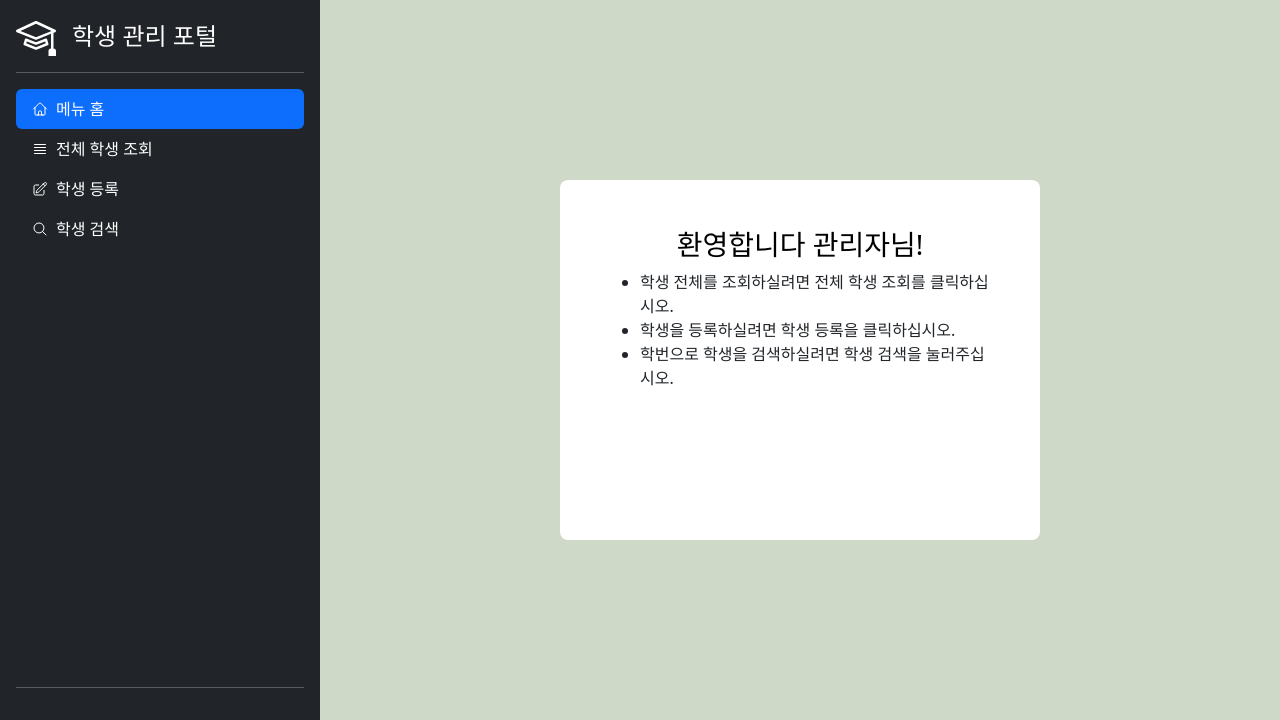
Repository: invisibleufo101/StudentManagementWeb
Page: HSW_Web/src/main/webapp/index.html
An editor plug-in stored every save of this project. The page is shown before and after the next save, followed by the edit.
The browser window is 1280 px wide. The pictures show the whole page.

Above is the page before, as saved 2024-09-19 11:35:30.

### HSW_Web/src/main/webapp/index.html
<!DOCTYPE html>
<html>
<head>
	<meta charset="UTF-8">
	<meta name="viewport" content="width=device-width, initial-scale=1">
	<link rel="stylesheet" href="css/bootstrap.min.css" />
	<script defer src="js/bootstrap.bundle.min.js"></script>
	<link rel="icon" href="images/portal_icon.svg"/>
	<title>학생 관리 포털</title>
</head>
<body>
	<main class="d-flex flex-nowrap vh-100">
		<!-- Start of Navbar -->
		<nav class="d-flex flex-lg-column flex-md-column flex-row flex-shrink-0 p-3 text-bg-dark" style="width: 25vw;">
			<a href="/" class="d-flex justify-content-around align-items-center mb-3 mb-md-0 me-md-auto text-white text-decoration-none">
				<svg xmlns="http://www.w3.org/2000/svg" width="40" height="40" fill="currentColor" class="bi bi-mortarboard" viewBox="0 0 16 16">
				 	<path d="M8.211 2.047a.5.5 0 0 0-.422 0l-7.5 3.5a.5.5 0 0 0 .025.917l7.5 3a.5.5 0 0 0 .372 0L14 7.14V13a1 1 0 0 0-1 1v2h3v-2a1 1 0 0 0-1-1V6.739l.686-.275a.5.5 0 0 0 .025-.917zM8 8.46 1.758 5.965 8 3.052l6.242 2.913z"/>
				 	<path d="M4.176 9.032a.5.5 0 0 0-.656.327l-.5 1.7a.5.5 0 0 0 .294.605l4.5 1.8a.5.5 0 0 0 .372 0l4.5-1.8a.5.5 0 0 0 .294-.605l-.5-1.7a.5.5 0 0 0-.656-.327L8 10.466zm-.068 1.873.22-.748 3.496 1.311a.5.5 0 0 0 .352 0l3.496-1.311.22.748L8 12.46z"/>
				</svg>
				<span class="ms-3" style="font-size: 1.5rem;">학생 관리 포털</span>
			</a>
			<hr/>
			<ul class="nav nav-pills flex-column mb-auto">
				<li class="nav-item">
					<a href="#" class="nav-link active">
						<div class="d-flex align-items-center">
							<svg class="bi me-2" xmlns="http://www.w3.org/2000/svg" fill="none" viewBox="0 0 24 24" stroke-width="1.5" stroke="currentColor" width="16" height="16">
								<path stroke-linecap="round" stroke-linejoin="round" d="m2.25 12 8.954-8.955c.44-.439 1.152-.439 1.591 0L21.75 12M4.5 9.75v10.125c0 .621.504 1.125 1.125 1.125H9.75v-4.875c0-.621.504-1.125 1.125-1.125h2.25c.621 0 1.125.504 1.125 1.125V21h4.125c.621 0 1.125-.504 1.125-1.125V9.75M8.25 21h8.25" />
							</svg>
							<p class="m-0">메뉴 홈</p>
						</div>
					</a>
				</li>
				<li>
					<a href="#" class="nav-link text-white">
						<div class="d-flex align-items-center">
							<svg class="bi me-2" xmlns="http://www.w3.org/2000/svg" fill="none" viewBox="0 0 24 24" stroke-width="1.5" stroke="currentColor" width="16" height="16">
								<path stroke-linecap="round" stroke-linejoin="round" d="M3.75 5.25h16.5m-16.5 4.5h16.5m-16.5 4.5h16.5m-16.5 4.5h16.5" />
							</svg>
							<p class="m-0">전체 학생 조회</p>
						</div>
					</a>
				</li>
				<li>
					<a href="#" class="nav-link text-white">
						<div class="d-flex align-items-center">
							<svg class="bi me-2" xmlns="http://www.w3.org/2000/svg" fill="none" viewBox="0 0 24 24" stroke-width="1.5" stroke="currentColor" width="16" height="16">
								<path stroke-linecap="round" stroke-linejoin="round" d="m16.862 4.487 1.687-1.688a1.875 1.875 0 1 1 2.652 2.652L10.582 16.07a4.5 4.5 0 0 1-1.897 1.13L6 18l.8-2.685a4.5 4.5 0 0 1 1.13-1.897l8.932-8.931Zm0 0L19.5 7.125M18 14v4.75A2.25 2.25 0 0 1 15.75 21H5.25A2.25 2.25 0 0 1 3 18.75V8.25A2.25 2.25 0 0 1 5.25 6H10" />
							</svg>
							<p class="m-0">학생 등록</p>
						</div>
					</a>
				</li>
				<li>
					<a href="#" class="nav-link text-white">
					<div class="d-flex align-items-center">
						<svg class="bi me-2" xmlns="http://www.w3.org/2000/svg" fill="none" viewBox="0 0 24 24" stroke-width="1.5" stroke="currentColor" width="16" height="16">
							<path stroke-linecap="round" stroke-linejoin="round" d="m21 21-5.197-5.197m0 0A7.5 7.5 0 1 0 5.196 5.196a7.5 7.5 0 0 0 10.607 10.607Z" />
						</svg>
						<p class="m-0">학생 검색</p>
					</div>
					</a>
				</li>
			</ul>
			<hr/>
		</nav>
		<!-- End of Navbar -->
		<section class="d-flex justify-content-center align-items-center" style="width: 75vw; height: auto; background-color: #ced9c7;">
			<div class="d-flex flex-column align-items-center h-50 w-50 bg-white rounded-3 p-5">
				<h3 class="text-black">환영합니다 관리자님!</h3>
				<ul class="text-decroation-none">
					<li>
						학생 전체를 조회하실려면 전체 학생 조회를 클릭하십시오.
					</li>

					<li>
						학생을 등록하실려면 학생 등록을 클릭하십시오.
					</li>

					<li>
						학번으로 학생을 검색하실려면 학생 검색을 눌러주십시오.
					</li>

				</ul>
			</div>
		</section>
	</main>
</body>
</html>

Loaded but not shown: HSW_Web/src/main/webapp/css/bootstrap.min.css (library); HSW_Web/src/main/webapp/js/bootstrap.bundle.min.js (no copy from this time; the picture is the same without it)

After the next save:
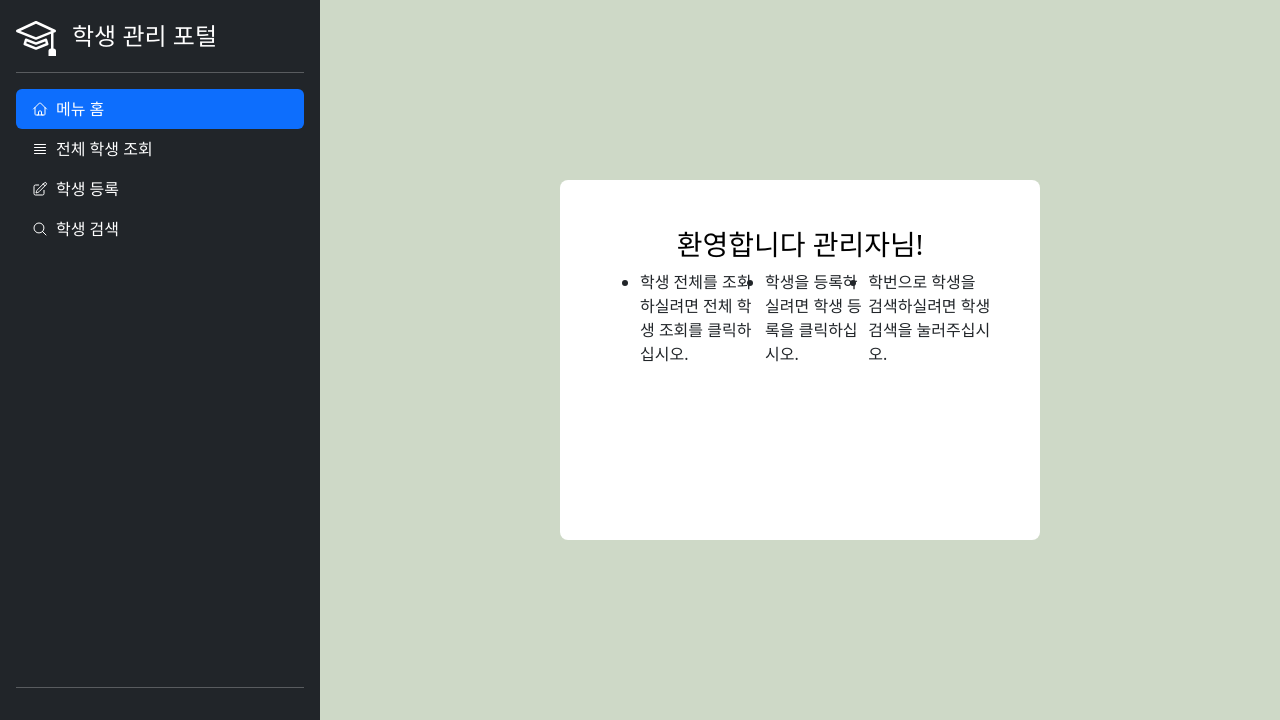
Saved 19 s later.
--- a/HSW_Web/src/main/webapp/index.html
+++ b/HSW_Web/src/main/webapp/index.html
@@ -68,7 +68,7 @@
 		<section class="d-flex justify-content-center align-items-center" style="width: 75vw; height: auto; background-color: #ced9c7;">
 			<div class="d-flex flex-column align-items-center h-50 w-50 bg-white rounded-3 p-5">
 				<h3 class="text-black">환영합니다 관리자님!</h3>
-				<ul class="text-decroation-none">
+				<ul class="text-decroation-none d-flex align-items-evenly">
 					<li>
 						학생 전체를 조회하실려면 전체 학생 조회를 클릭하십시오.
 					</li>

After the save that followed:
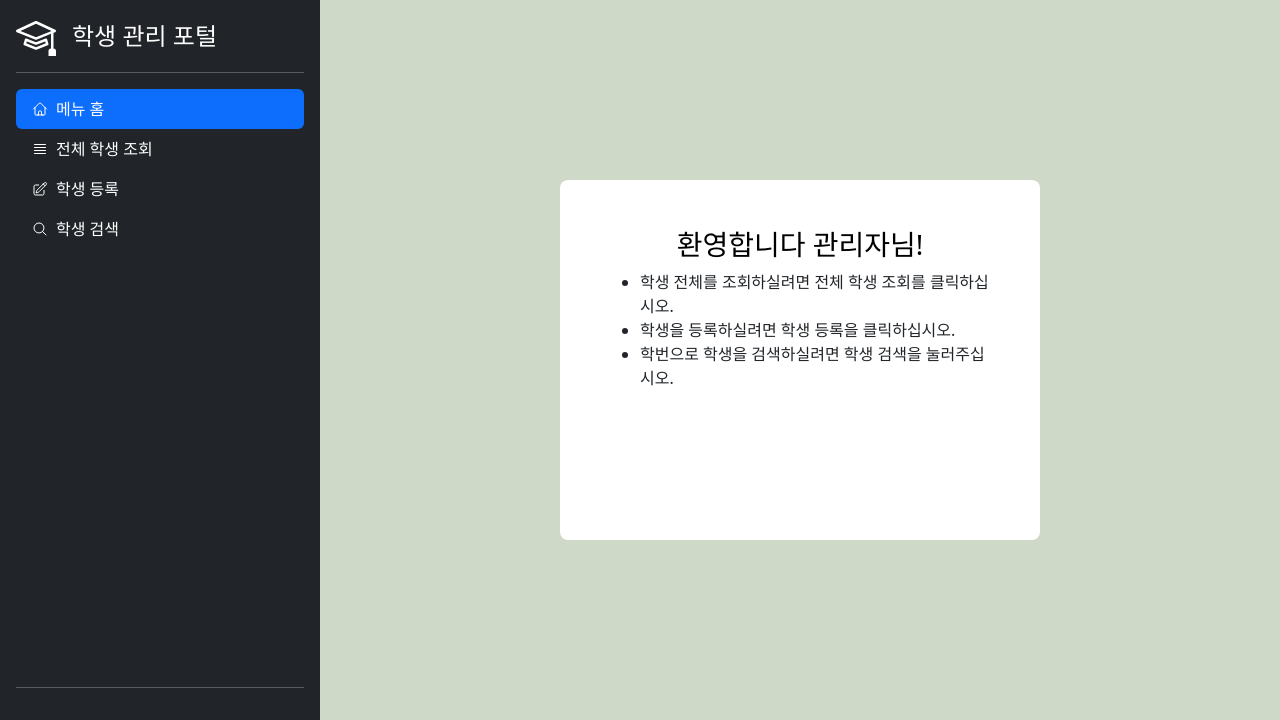
Saved 13 s later.
--- a/HSW_Web/src/main/webapp/index.html
+++ b/HSW_Web/src/main/webapp/index.html
@@ -68,7 +68,7 @@
 		<section class="d-flex justify-content-center align-items-center" style="width: 75vw; height: auto; background-color: #ced9c7;">
 			<div class="d-flex flex-column align-items-center h-50 w-50 bg-white rounded-3 p-5">
 				<h3 class="text-black">환영합니다 관리자님!</h3>
-				<ul class="text-decroation-none d-flex align-items-evenly">
+				<ul class="text-decroation-none d-flex flex-column align-items-evenly">
 					<li>
 						학생 전체를 조회하실려면 전체 학생 조회를 클릭하십시오.
 					</li>
